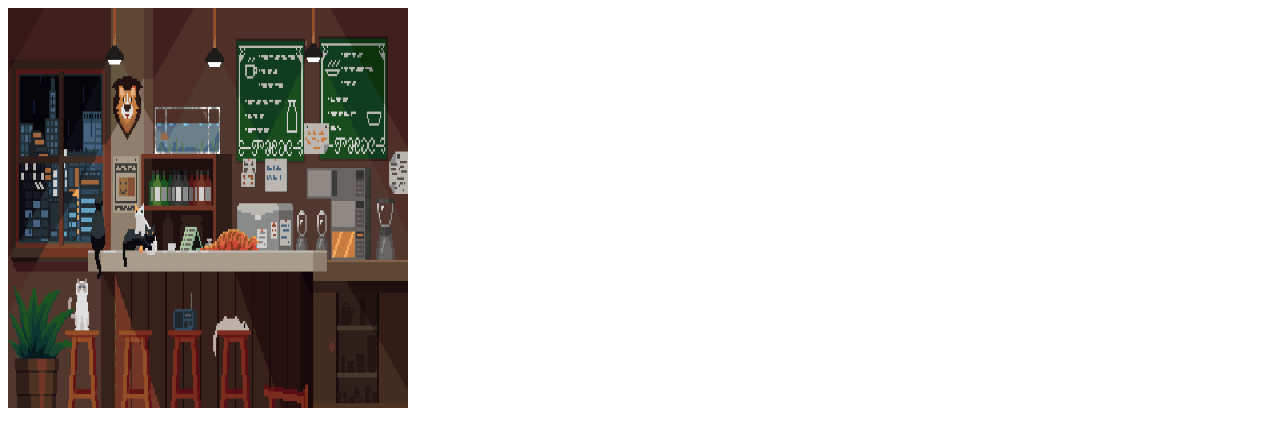
Repository: kayacancode/stixnbrix2dpixel
Page: / (app in my-app/)
The author's editor kept a copy of each file at every save. The page is drawn from the files as they stood at one save, then again after the next save.
The browser window is 1280 px wide. The pictures show the whole page.
The project was rebuilt for these pictures with package versions that can differ from the ones it lists, and the page was loaded fresh each time. The framework's server and built-in components were replaced by stand-ins that run in the browser. Also part of the build but not shown: my-app/next.config.js, my-app/styles/globals.css.

Above is the page before, as saved 2023-03-25 17:45:33.

### my-app/pages/index.tsx
import Head from 'next/head'
import Image from 'next/image'

import FirstHalf from "../components/firsthalf";

import SecondHalf from "../components/secondhalf";

export default function Home() {
  return (
    <>

  <div className="">


        <Image src="/bg.png" width={400} height={400} alt="Your Image"  />


    </div>
    </>
  )
}

Loaded but not shown: my-app/pages/_app.tsx (common file); my-app/pages/_document.tsx (common file)

After the next save:
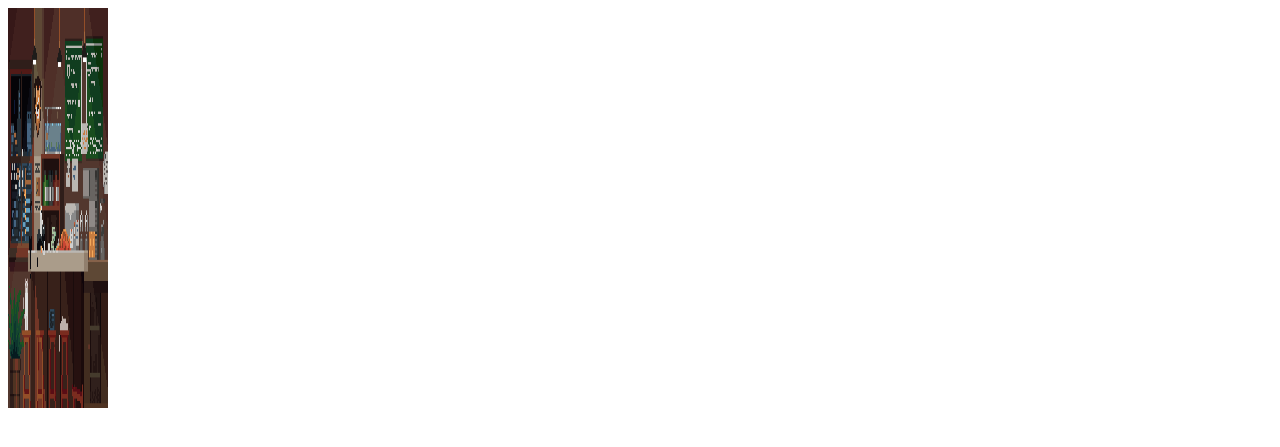
Saved 16 s later.
--- a/my-app/pages/index.tsx
+++ b/my-app/pages/index.tsx
@@ -12,7 +12,7 @@ export default function Home() {
   <div className="">
 
 
-        <Image src="/bg.png" width={400} height={400} alt="Your Image"  />
+        <Image src="/bg.png" width={100} height={400} alt="Your Image"  />
 
 
     </div>
